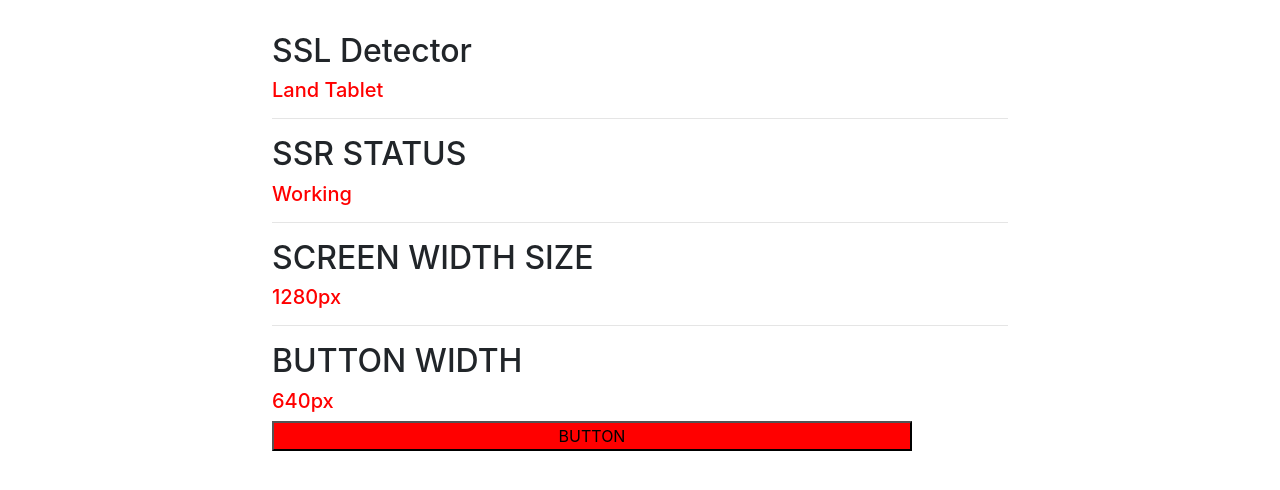
Repository: adrihle/screen-detector-nextpwa
Page: /
The author's editor kept a copy of each file at every save. The page is drawn from the files as they stood at one save, then again after the next save.
The browser window is 1280 px wide. The pictures show the whole page.
The project was rebuilt for these pictures with package versions that can differ from the ones it lists, and the page was loaded fresh each time. The framework's server and built-in components were replaced by stand-ins that run in the browser. Imported but missing from the stored project, and not drawn on this page: pages/_document.

Above is the page before, as saved 2020-12-28 15:16:01.

### pages/_app.js
import App, { Container } from "next/app";
import Head from "next/head";
import styled, { createGlobalStyle } from "styled-components";
import { title } from "./_document";
import ScreenSizeLayout from '../components/layouts/ScreenSizeLayout'

// Any global CSS variables and selectors we want
const GlobalStyle = createGlobalStyle`
  :root {
    --padding: 2rem;
    --max-width: 50rem;
  }

  body {
    background: var(--background--1);
    font-family: 'PT Sans', sans-serif;
    margin: 0;
  }
`;

const Main = styled.main`
  margin: 0 auto;
  max-width: var(--max-width);
  padding: var(--padding);
`;

export default class MyApp extends App {
  static async getInitialProps({ Component, ctx }) {
    let pageProps = {};

    if (Component.getInitialProps) {
      pageProps = await Component.getInitialProps(ctx);
    }

    return { pageProps };
  }

  render() {
    const { Component, pageProps, router } = this.props;

    return (
      <>
        <Head>
          <title>{title}</title>
          <link rel="stylesheet" href="https://stackpath.bootstrapcdn.com/bootstrap/4.3.1/css/bootstrap.min.css" integrity="sha384-ggOyR0iXCbMQv3Xipma34MD+dH/1fQ784/j6cY/iJTQUOhcWr7x9JvoRxT2MZw1T" crossorigin="anonymous"></link>
        </Head>
        <Container>
          {/* here a style layout */}
          <Main>
            {/* here a smart screen detector */}
            <ScreenSizeLayout>
              <Component {...pageProps} router={router} />
            </ScreenSizeLayout>
          </Main>
          <GlobalStyle />
        </Container>
      </>
    );
  }
}

### pages/index.js
import { useEffect, useState } from 'react'
import ScreenSizeLayout from '../components/layouts/ScreenSizeLayout'


const Index = ({ server, size, screen }) => {

  const width = size + 'px'

  const btnWidth = size / 2

  return (
    <>
        <h2>SSL Detector</h2>
        <h5 style={{color:'red'}}>{screen}</h5>
        <hr />
        <h2>SSR STATUS</h2>
        <h5 style={{color:'red'}}>{server ? 'Working' : 'Not Working'}</h5>
        <hr />
        <h2>SCREEN WIDTH SIZE</h2>
        <h5 style={{color:'red'}}>{width}</h5>
        <hr/>
        {size>240 && (
          <>
            <h2>BUTTON WIDTH</h2>
            <h5 style={{color:'red'}}>{`${btnWidth}px`}</h5>
            <button style={{background:'red', width:btnWidth}}>BUTTON</button>
          </>
        )}
    </>
  )
}

Index.getInitialProps = async function() {
  return {
    server: true,
  }
};

export default Index;

### components/layouts/ScreenSizeLayout.tsx
import {Children, cloneElement, useState, useEffect } from 'react'

const ScreenSizeLayout = ({ children }) => {

    const [size, setSize] = useState(null)
    const [screen, setScreen] = useState(null)

    const handleSize = () => {
        let width = window.innerWidth
        let heigh = window.innerHeight
        setSize(width)

        if (width < 420){setScreen('Mobile')}
        else if (width > 420 && width < 850 && heigh < 420){setScreen('Land Mobile')}
        else if (width > 420 && width < 850 && heigh > 420){setScreen('Tablet')}
        else if (width > 820 && width < 1300){setScreen('Land Tablet')}
        else {setScreen('Desktop')}
    }

    useEffect(() => {
        handleSize()
        window.addEventListener('resize', handleSize)
        return () => {window.removeEventListener('resize', handleSize)}
    },[])

    const childrenWithProps = Children.map(children, child => {
        return cloneElement(child, {
            size, screen
        });
      });

    return (
        <>
            {childrenWithProps}
        </>
    )
}

export default ScreenSizeLayout

After the next save:
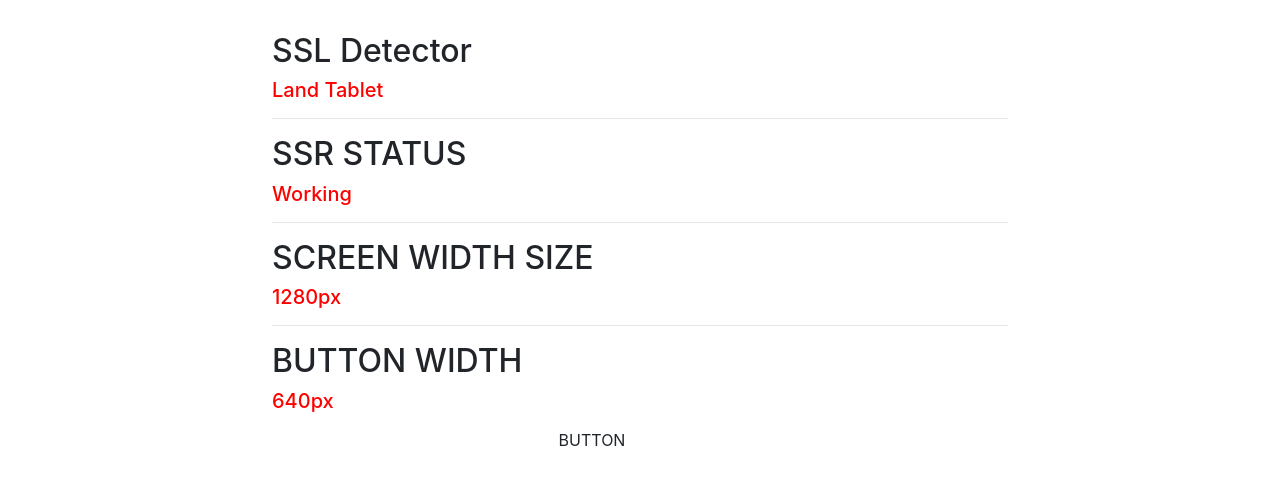
Saved 39 s later.
--- a/pages/index.js
+++ b/pages/index.js
@@ -23,7 +23,7 @@ const Index = ({ server, size, screen }) => {
           <>
             <h2>BUTTON WIDTH</h2>
             <h5 style={{color:'red'}}>{`${btnWidth}px`}</h5>
-            <button style={{background:'red', width:btnWidth}}>BUTTON</button>
+            <button style={{width:btnWidth}} className='btn btn.danger'>BUTTON</button>
           </>
         )}
     </>
